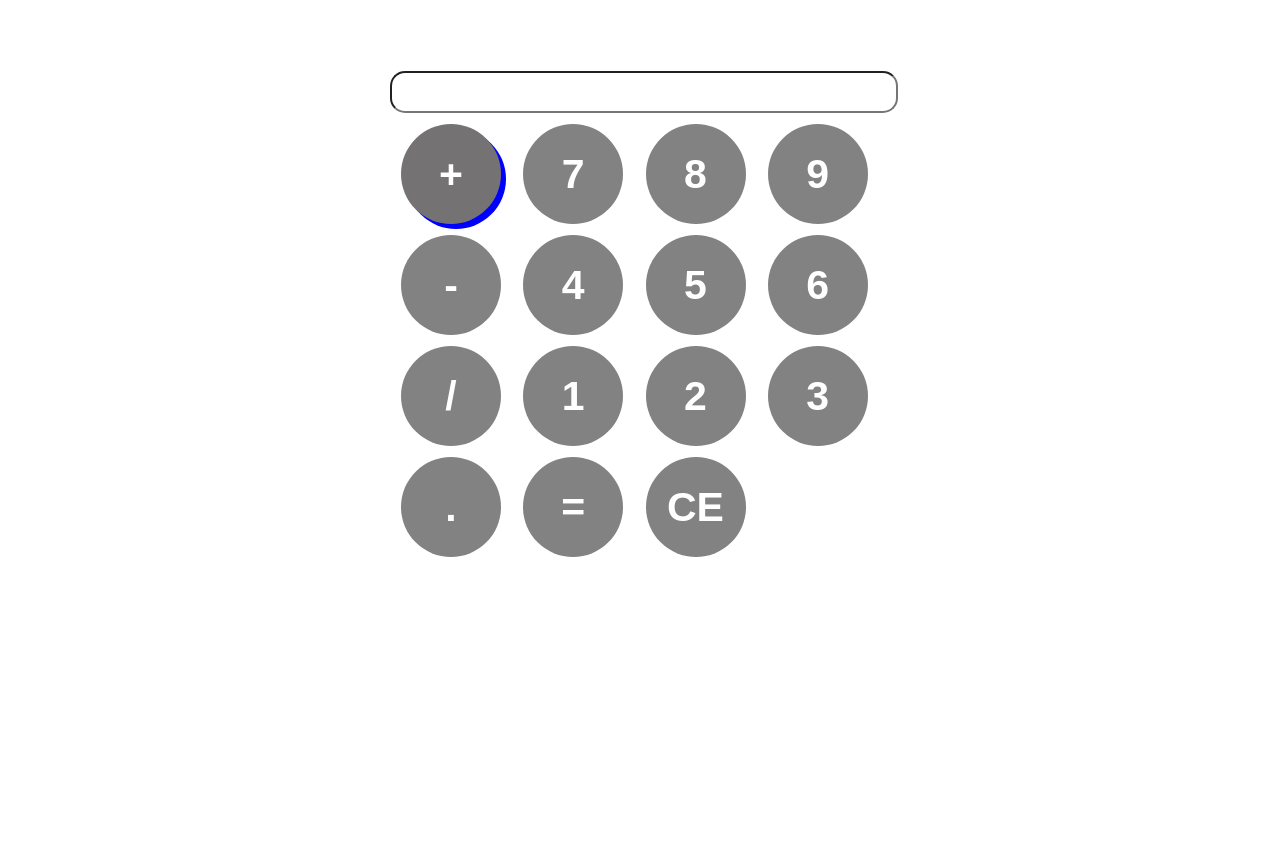
Repository: rkrukshan/JS-Calculator
Page: index.html
The author's editor kept a copy of each file at every save. The page is drawn from the files as they stood at one save, then again after the next save.
The browser window is 1280 px wide. The pictures show the whole page.
The first visible `button` is being pressed.

Above is the page before, as saved 2024-09-02 13:38:05.

### index.html
<!DOCTYPE html>
<html lang="en">

<head>
    <meta charset="UTF-8">
    <meta name="viewport" content="width=device-width, initial-scale=1.0">
    <title>Document</title>
    <link rel="stylesheet" href="style.css">
</head>

<body>
    <div id="calculator">
        <input id="screen" readonly>
        <div id="buttons">

            <button onclick="appendScreen('+')">+</button>
            <button onclick="appendScreen('7')">7</button>
            <button onclick="appendScreen('8')">8</button>
            <button onclick="appendScreen('9')">9</button>
            <button onclick="appendScreen('-')">-</button>
            <button onclick="appendScreen('4')">4</button>
            <button onclick="appendScreen('5')">5</button>
            <button onclick="appendScreen('6')">6</button>
            <button onclick="appendScreen('/')">/</button>
            <button onclick="appendScreen('1')">1</button>
            <button onclick="appendScreen('2')">2</button>
            <button onclick="appendScreen('3')">3</button>
            <button onclick="appendScreen('.')">.</button>
            <button onclick="appendScreen('=')">=</button>
            <button onclick="appendScreen('CE')">CE</button>

        </div>
    </div>
</body>

</html>

### style.css
#calculator {
  display: flexbox;
  align-items: center;
  height: 100vh;
  justify-content: center;
  border: none;
  max-width: 500px;
  margin: auto;
  padding: 5% 0;
}
#screen {
  width: 100%;
  height: 5%;
  color: white;
  border-radius: 15px;
}
#buttons {
  display: grid;
  grid-template-columns: repeat(4, 1fr);
  gap: 11px;
  padding: 11px;
}
button {
  width: 100px;
  height: 100px;
  border-radius: 50px;
  color: white;
  background-color: hsl(0, 0%, 51%);
  font-size: 41px;
  font-weight: bold;
  cursor: pointer;
  border: none;
}
button:active{
    background-color:hsl(0, 1%, 45%);
    box-shadow: 5px 5px blue;
}

After the next save:
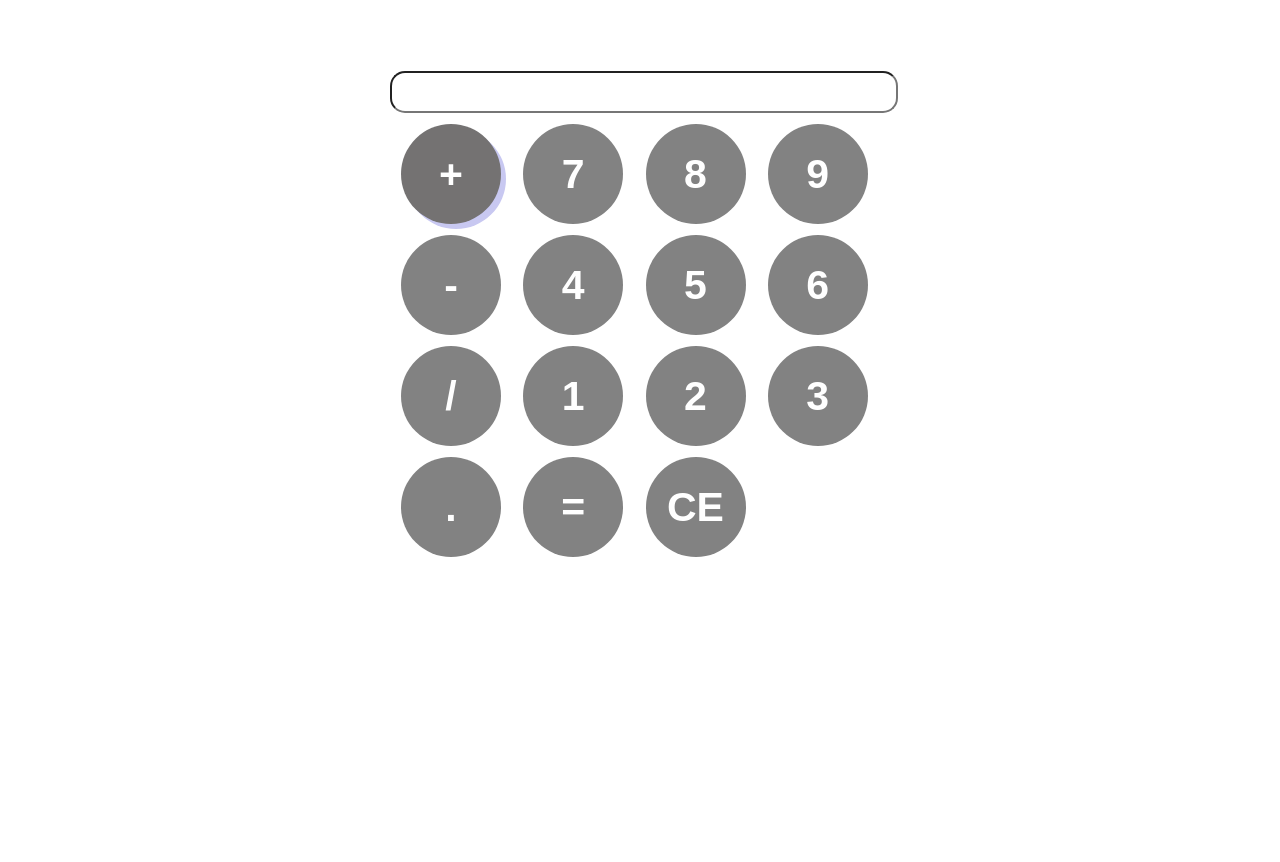
Saved 9 s later.
--- a/style.css
+++ b/style.css
@@ -33,5 +33,5 @@ button {
 }
 button:active{
     background-color:hsl(0, 1%, 45%);
-    box-shadow: 5px 5px blue;
+    box-shadow: 5px 5px rgb(200, 200, 241);
 }
